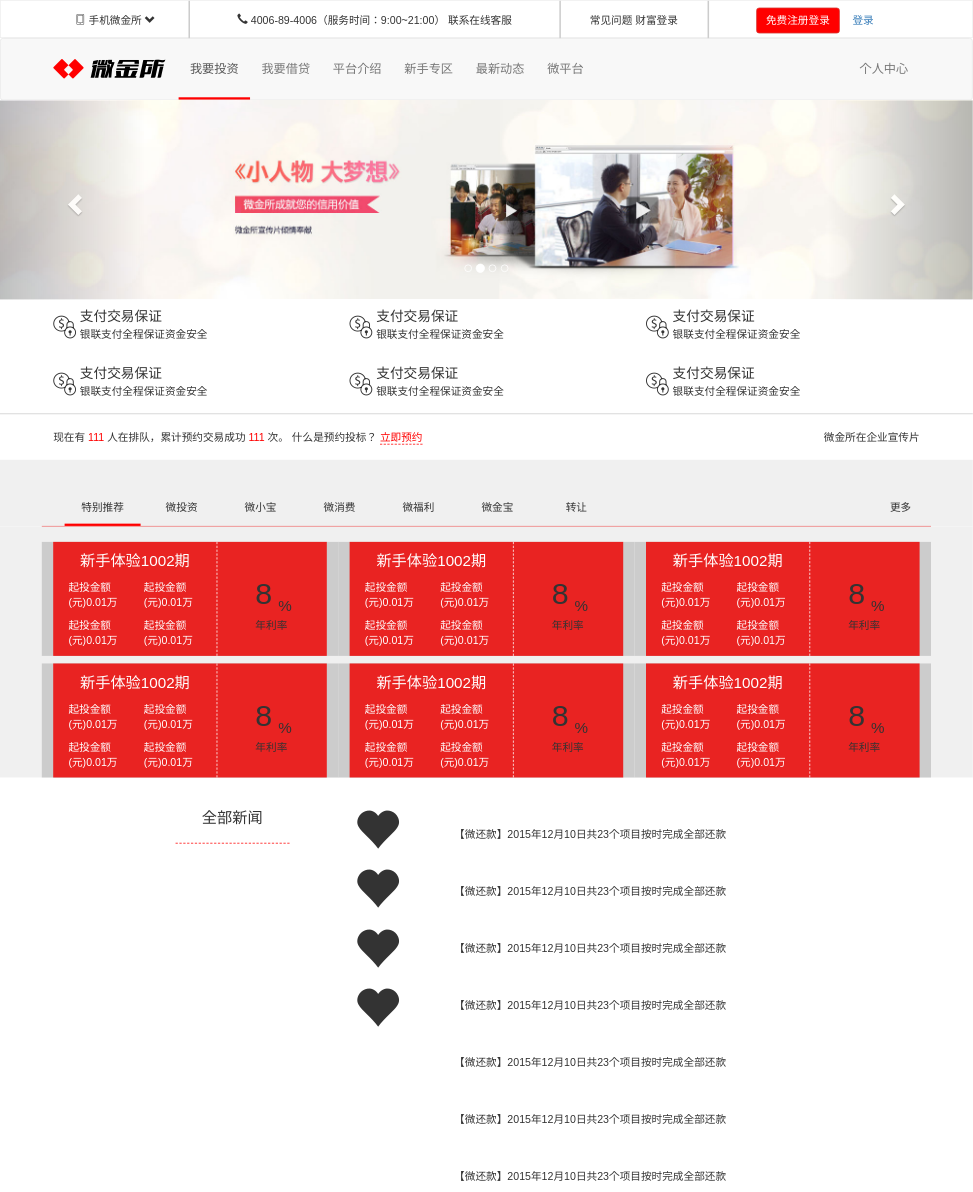
Repository: pwy114pwy/project_02
Page: 菜单.html
These files come from the project's save history. The page is drawn as it stood at one moment and after a run of saves; the edit follows.
The browser window is 1280 px wide. The pictures show the whole page, at 76% of full size.
The style sheet was rebuilt from its Sass, Less or Tailwind sources for each picture, by a compiler version that may differ from the author's.

Above is the page before, as saved 2022-11-23 18:09:23.

After the next 5 saves:
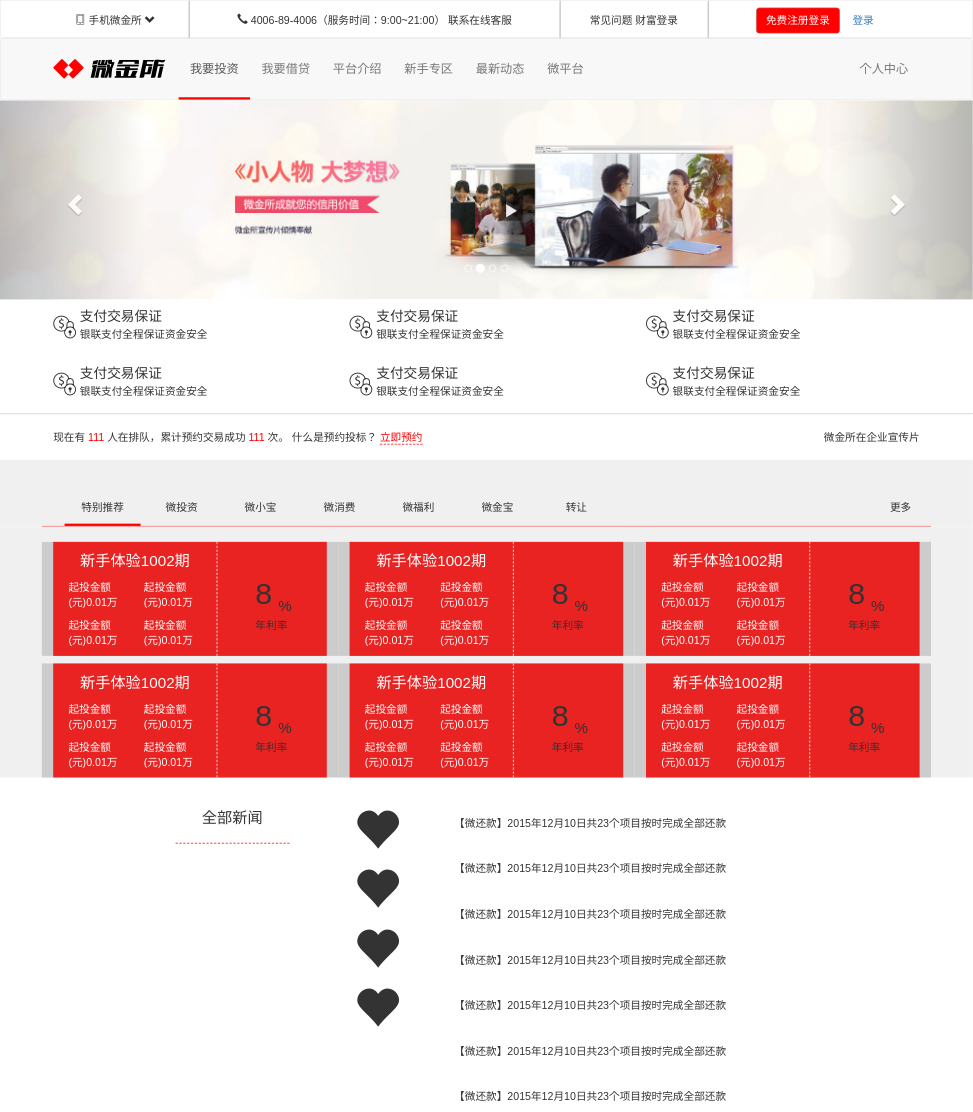
The 5 saves are shown as one change because they came seconds apart.
The last was saved 20 s later.
--- a/css/01.less
+++ b/css/01.less
@@ -339,7 +339,7 @@
             // background-color: #2233e9;
             div{
                 li{
-                    margin-top: 35px;
+                    margin-top: 20px;
                     list-style: none;
                     height: 40px;
                     // background-color: #e92322;
